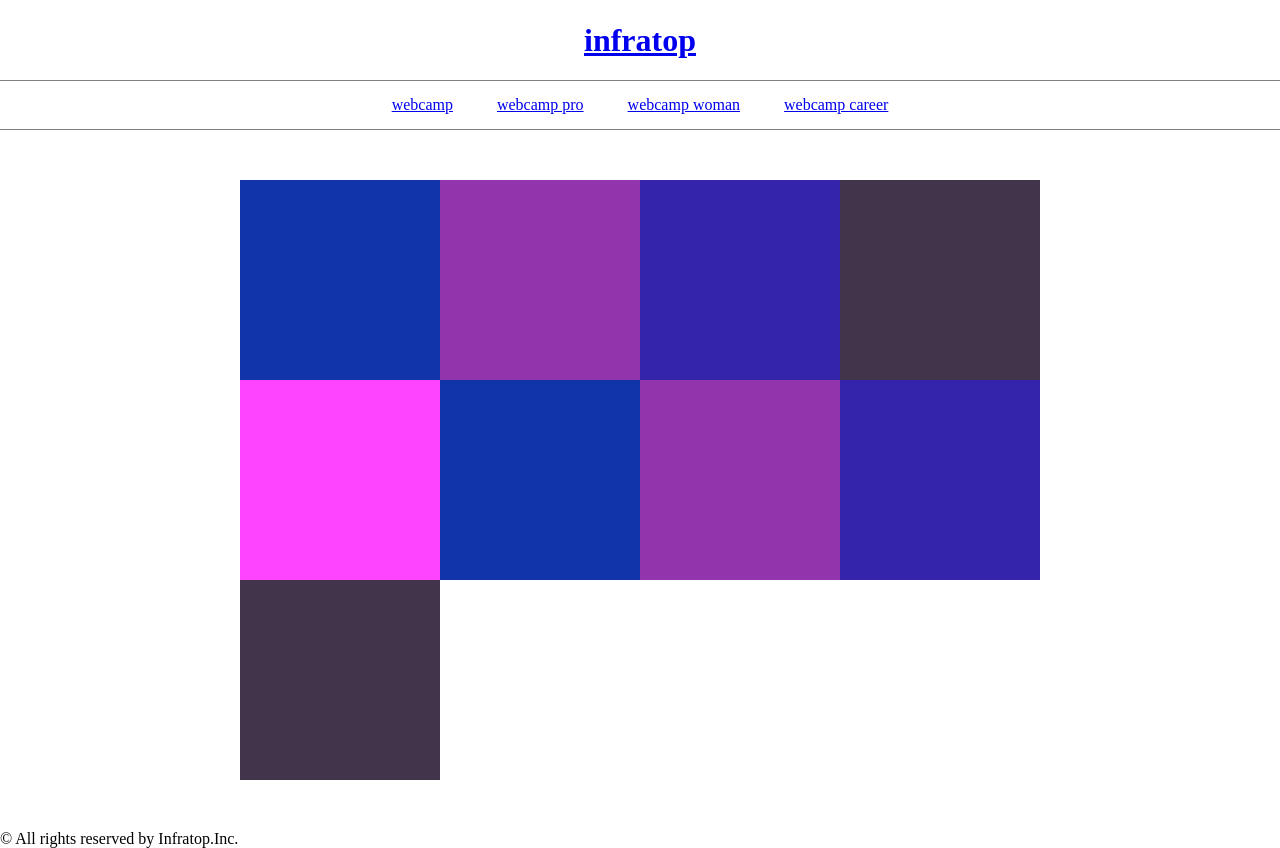
Repository: t-sato-infratop/environment
Page: chapter5_exercise/chapter5_exercise.html
The author's editor kept a record of every edit. The page is drawn from the files as they stood at one moment, then again after the next edit.
The browser window is 1280 px wide. The pictures show the whole page.

Above is the page before.

After the next edit:
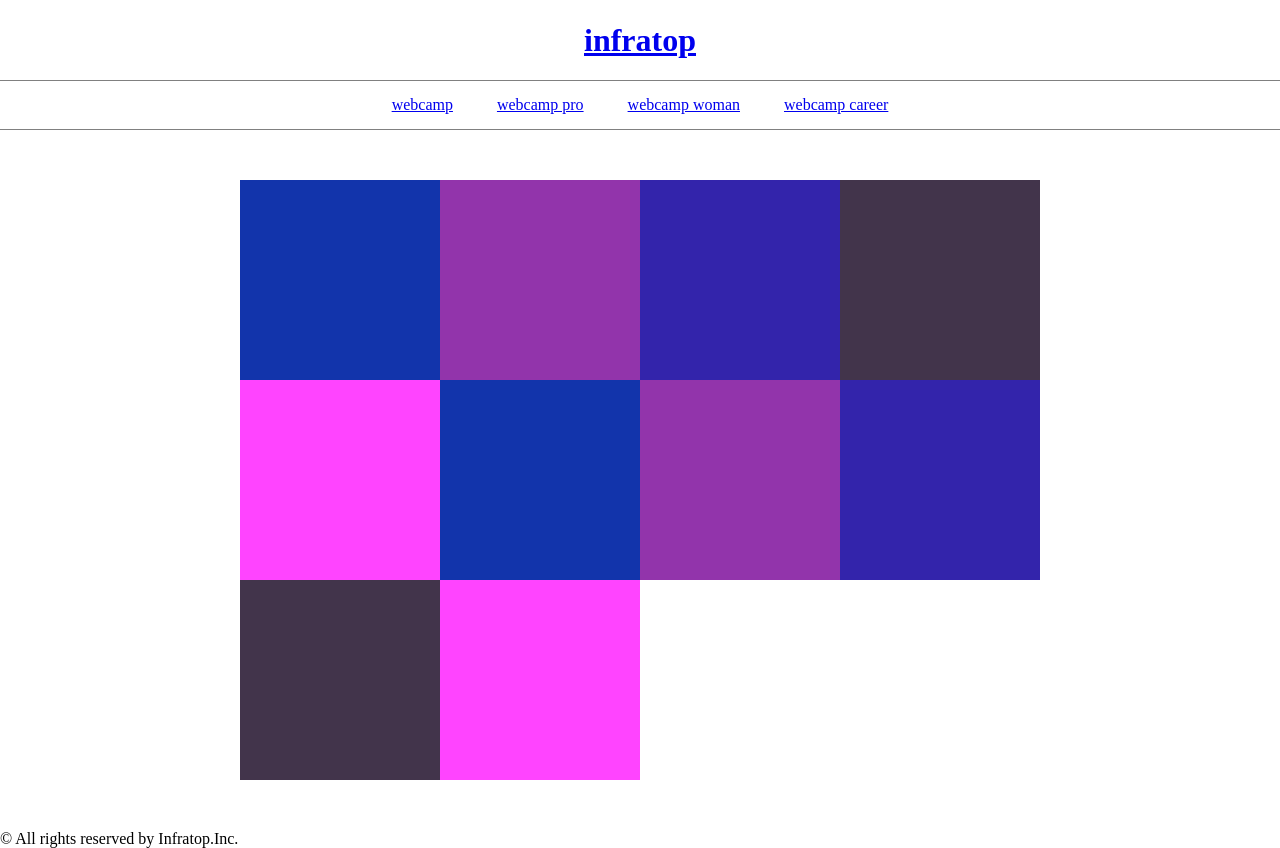
The edit:
--- a/chapter5_exercise/chapter5_exercise.css
+++ b/chapter5_exercise/chapter5_exercise.css
@@ -86,7 +86,7 @@
   background-color: #42344b
 }
 
-.box5 {
+.box10 {
   width: 200px;
   height: 200px;
   background-color: #ff44ff
